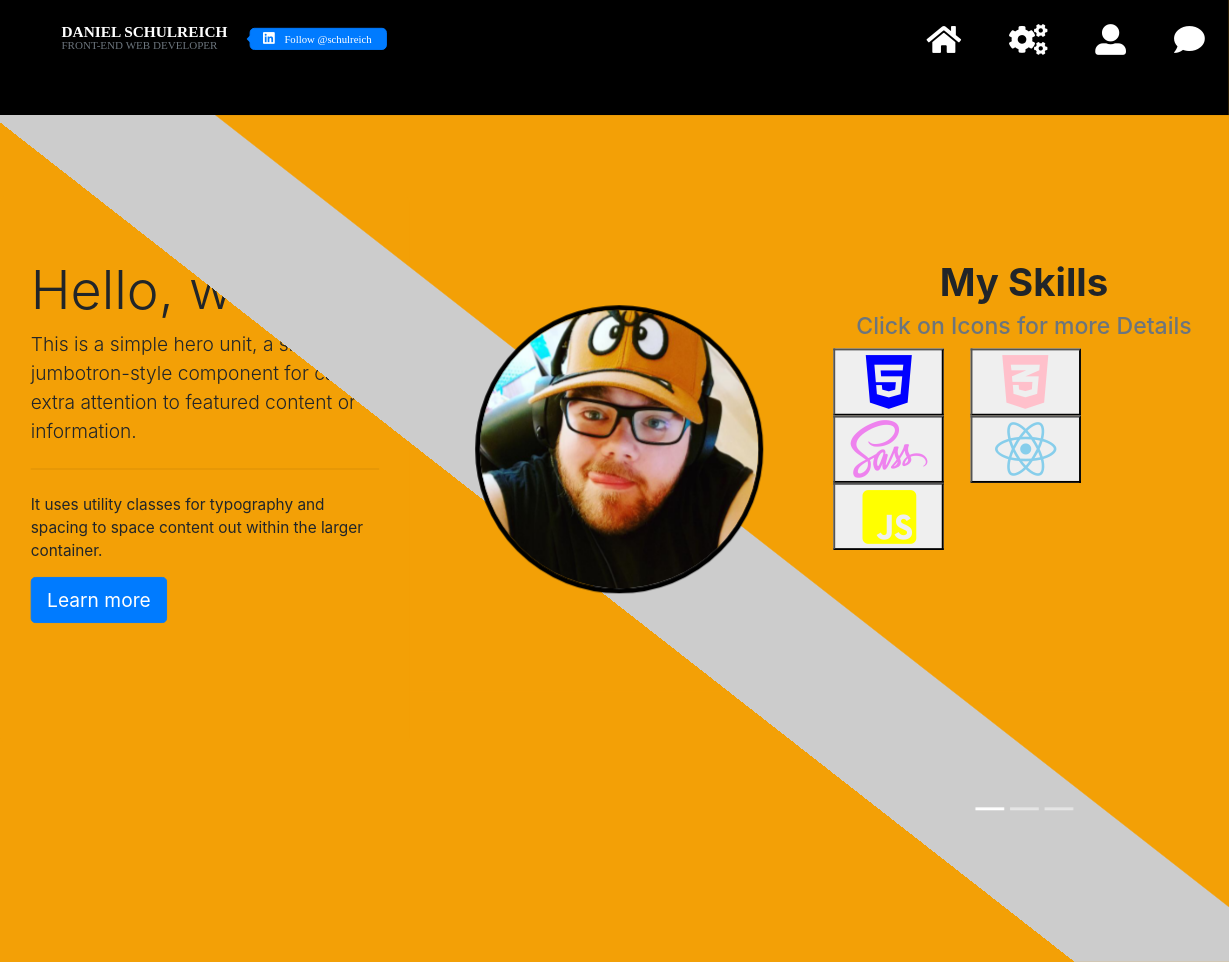
Repository: schulreich/my_portfolio
Page: portfolio.html
An editor plug-in stored every save of this project. The page is shown before and after the next save, followed by the edit.
The browser window is 1280 px wide. The pictures show the whole page, at 96% of full size.
Some web fonts or font styles are not loaded; a fallback is used. Some web libraries are served in a nearby version.

Above is the page before, as saved 2020-06-17 19:03:41.

### portfolio.html
<!DOCTYPE html>
<html lang="en">
<head>
    <meta charset="UTF-8">
    <meta name="viewport" content="width=device-width, initial-scale=1.0">
    <meta http-equiv="X-UA-Compatible" content="ie=edge">
    <link rel="stylesheet" href="https://stackpath.bootstrapcdn.com/bootstrap/4.1.3/css/bootstrap.min.css" integrity="sha384-MCw98/SFnGE8fJT3GXwEOngsV7Zt27NXFoaoApmYm81iuXoPkFOJwJ8ERdknLPMO" crossorigin="anonymous">
    <link rel="stylesheet" href="css/main.css">
    <link rel="stylesheet" href="https://use.fontawesome.com/releases/v5.5.0/css/all.css" integrity="sha384-B4dIYHKNBt8Bc12p+WXckhzcICo0wtJAoU8YZTY5qE0Id1GSseTk6S+L3BlXeVIU" crossorigin="anonymous">

    <title>Document</title>
</head>
<body>
    <header>
        <div class="row">
            <div class="name">DANIEL SCHULREICH</div>
            <div class="title text-muted"><small>FRONT-END WEB DEVELOPER</small></div>
            <a class="btn btn-primary btn-sm follow d-none d-lg-block" href="#"role="button"><i class="fab fa-linkedin "></i><i class="fas fa-arrow-left arrow-left text-primary"></i><small>Follow @schulreich</small></a>

            <div class="nav">
                    <ul>
                        <li class="home"><i class="icon fa fa-home fa-2x nav-icon"></i><a href="index.html">Home</a>
                        </li>
                        <li class="about"><i class="fas fa-cogs fa-2x nav-icon"></i><a href="skills">Skills</a>
                        </li>
                        <li class="code"><i class="fas fa-user-alt fa-2x nav-icon"></i><a href="#about">About</a>
                        </li>
                        <li class="contact"><i class="icon fa fa-comment fa-2x nav-icon"></i><a href="#contact">Contact</a>
                        </li>
                    </ul>
                </div>


        </div>
    </header>

    <section class="project-modal">

    <div class="modal fade bd-example-modal-lg" tabindex="-1" role="dialog" aria-labelledby="myLargeModalLabel" aria-hidden="true">
            <div class="modal-dialog modal-lg">
              <div class="modal-content">
                <div class="modal-header">
                  <h5 class="modal-title" id="exampleModalLabel"><strong>#Speaker Project</strong></h5>
                  <button type="button" class="close" data-dismiss="modal" aria-label="Close">
                    <span aria-hidden="true">&times;</span>
                  </button>
                </div>
                <div class="modal-body modal-align">
                    <img class="modal-img" src="images/thumbnail-1.png" alt="">
                </div>
                <div class="modal-footer">
                  <button type="button" class="btn btn-secondary" data-dismiss="modal">Open Website</button>
                  <a href="" class="btn btn-primary btn-lg active" role="button" aria-pressed="true">Primary link</a>
                </div>
              </div>
            </div>
          </div>

          <div class="modal fade bd-cards-example-modal-lg" tabindex="-1" role="dialog" aria-labelledby="myLargeModalLabel" aria-hidden="true">
                <div class="modal-dialog modal-lg">
                  <div class="modal-content">
                    <div class="modal-header">
                      <h5 class="modal-title" id="exampleModalLabel"><strong>#Cards</strong></h5>
                      <button type="button" class="close" data-dismiss="modal" aria-label="Close">
                        <span aria-hidden="true">&times;</span>
                      </button>
                    </div>
                    <div class="modal-body modal-align">
                        <img class="modal-img" src="images/moviefestival.png" alt="">
                    </div>
                    <div class="modal-footer">
                      <a href="https://schulreich.github.io/project-movie-festival/" target="_blank" class="btn btn-primary btn-lg active" role="button" aria-pressed="true">Primary link</a>
                      <button type="button" class="btn btn-secondary" data-dismiss="modal">Close</button>
                    </div>
                  </div>
                </div>
              </div>


              <div class="modal fade bd-grid-example-modal-lg" tabindex="-1" role="dialog" aria-labelledby="myLargeModalLabel" aria-hidden="true">
                    <div class="modal-dialog modal-lg">
                      <div class="modal-content">
                        <div class="modal-header">
                          <h5 class="modal-title" id="exampleModalLabel"><strong>#Grid</strong></h5>
                          <button type="button" class="close" data-dismiss="modal" aria-label="Close">
                            <span aria-hidden="true">&times;</span>
                          </button>
                        </div>
                        <div class="modal-body modal-align">
                            <img class="modal-img" src="images/thumbnail-3.png" alt="">
                        </div>
                        <div class="modal-footer">
                          <button type="button" class="btn btn-secondary" data-dismiss="modal">Open Website</button>
                          <button type="button" class="btn btn-primary">Open GitHub</button>
                        </div>
                      </div>
                    </div>
                  </div>


          <div class="modal fade bd-register-example-modal-lg" tabindex="-1" role="dialog" aria-labelledby="myLargeModalLabel" aria-hidden="true">
                <div class="modal-dialog modal-lg">
                  <div class="modal-content">
                    <div class="modal-header">
                      <h5 class="modal-title" id="exampleModalLabel"><strong>#Register</strong></h5>
                      <button type="button" class="close" data-dismiss="modal" aria-label="Close">
                        <span aria-hidden="true">&times;</span>
                      </button>
                    </div>
                    <div class="modal-body modal-align">
                        <img class="modal-img" src="images/thumbnail-4.png" alt="">
                    </div>
                    <div class="modal-footer">
                      <button type="button" class="btn btn-secondary" data-dismiss="modal">Open Website</button>
                      <button type="button" class="btn btn-primary">Open GitHub</button>
                    </div>
                  </div>
                </div>
              </div>

    </section>

    <section class="skill-modal">

 <div class="modal fade bd-html-example-modal-lg" tabindex="-1" role="dialog" aria-labelledby="myLargeModalLabel" aria-hidden="true">
                <div class="modal-dialog modal-lg">
                  <div class="modal-content">
                    <div class="modal-header">
                      <h5 class="modal-title" id="exampleModalLabel"><strong>#Certificate</strong></h5>
                      <button type="button" class="close" data-dismiss="modal" aria-label="Close">
                        <span aria-hidden="true">&times;</span>
                      </button>
                    </div>
                    <div class="modal-body modal-align">
                        <img class="modal-img" src="images/html-1.pdf" alt="">
                        <img class="modal-img" src="images/html-1.pdf" alt="">
                    </div>
                    <div class="modal-footer">
                      <button type="button" class="btn btn-secondary" data-dismiss="modal">Open Website</button>
                      <button type="button" class="btn btn-primary">Open GitHub</button>
                    </div>
                  </div>
                </div>
              </div>

    </section>

    <section class="container-fluid intro-section">

        <div class="row">
             <div class="intro col-lg-4 col-md-5 jumbotron">
                <h1 class="display-4">Hello, world!</h1>
                     <p class="lead">This is a simple hero unit, a simple jumbotron-style component for calling extra attention to featured content or information.</p>
                <hr class="my-4">
                     <p>It uses utility classes for typography and spacing to space content out within the larger container.</p>
                            <a class="btn btn-primary btn-lg" href="#" role="button">Learn more</a>
          </div>


          <div class="col-lg-4 d-none d-lg-block move">
              <img class="skew" src="https://dummyimage.com/200x753/000/000" alt="">
              <img class="rounded-circle " src="images/test.jpeg" alt="">
          </div>

<aside id="carouselExampleIndicators" class="col-lg-4 personal-information carousel slide" data-ride="carousel">
        <ol class="carousel-indicators">
                <li data-target="#carouselExampleIndicators" data-slide-to="0" class="active"></li>
                <li data-target="#carouselExampleIndicators" data-slide-to="1"></li>
                <li data-target="#carouselExampleIndicators" data-slide-to="2"></li>
              </ol>
    <div class="carousel-inner">
      <!--
        <div class="carousel-item active">
              <h4><strong>Name:</strong> <br> Daniel Schulreich</h4>
              <h4><strong>Age:</strong> <br> 32</h4>
              <h4><strong>Location:</strong> <br> Duisburg</h4>
              <h4><strong>Nationality:</strong> <br> Austria</h4>
              <h4><strong>Languages:</strong> <br> German, English</h4>
              <h4><strong>Interests:</strong> <br> E-Sport, Movies, Traveling, Music</h4>
        </div>
      -->
        <div class="carousel-item active">
            <aside class="skills text-center">
              <h1><strong>My Skills</strong></h1>
              <h4 class="text-muted">Click on Icons for more Details</h4>
              <div class="y">
                <div class="row">
                  <div class="col-lg-4 justify-content-center"><button class="skill-button"><i class="fab fa-html5 fa-4x" ></i></button></div>
                  <div class="col-lg-4 justify-content-center"><button class="skill-button"><i class="fab fa-css3-alt fa-4x"></i></button></div>
                </div>
                <div class="row">
                  <div class="col-lg-4 justify-content-center"><button class="skill-button"><i class="fab fa-sass fa-4x"></i></button></div>
                    <div class="col-lg-4 justify-content-center"><button class="skill-button"><i class="fab fa-react fa-4x"></i></button></div>
                </div>
                <div class="row">
                  <div class="col-lg-4 justify-content-center"><button class="skill-button"><i class="fab fa-js-square fa-4x"></i></button></div>
                </div>
              </div>
            </aside>
        </div>
      <!--
        <div class="carousel-item">
            <aside class="projects">
                <h1>Projects</h1>
                <h4 class="text-muted">Select Thumbnail</h4>

                <img src="images/boardgame.png" class="img-thumbnail thumbnail" data-toggle="modal" data-target=".bd-example-modal-lg" alt="...">
                <img src="images/moviefestival.png" class="img-thumbnail thumbnail" data-toggle="modal" data-target=".bd-cards-example-modal-lg" alt="..."> <br>
                <img src="images/restaurantreview.png" class="img-thumbnail thumbnail" data-toggle="modal" data-target=".bd-grid-example-modal-lg" alt="...">
                <img src="images/thumbnail-4.png" class="img-thumbnail thumbnail" data-toggle="modal" data-target=".bd-register-example-modal-lg" alt="...">
            </aside>
        </div>
        -->
    </div>
</aside>

    </div>

    </section>









    <script src="https://code.jquery.com/jquery-3.3.1.slim.min.js" integrity="sha384-q8i/X+965DzO0rT7abK41JStQIAqVgRVzpbzo5smXKp4YfRvH+8abtTE1Pi6jizo" crossorigin="anonymous"></script>
<script src="https://cdnjs.cloudflare.com/ajax/libs/popper.js/1.14.3/umd/popper.min.js" integrity="sha384-ZMP7rVo3mIykV+2+9J3UJ46jBk0WLaUAdn689aCwoqbBJiSnjAK/l8WvCWPIPm49" crossorigin="anonymous"></script>
<script src="https://stackpath.bootstrapcdn.com/bootstrap/4.1.3/js/bootstrap.min.js" integrity="sha384-ChfqqxuZUCnJSK3+MXmPNIyE6ZbWh2IMqE241rYiqJxyMiZ6OW/JmZQ5stwEULTy" crossorigin="anonymous"></script>
</body>
</html>

### css/main.css
@import url("https://fonts.googleapis.com/css?family=Coda");
@keyframes mymove {
  0% {
    left: 16%;
  }
  100% {
    left: 25%;
  }
}
@keyframes myskew {
  0% {
    transform: skew(52deg);
  }
  100% {
    transform: skew(0deg);
  }
}
@keyframes myfade {
  0% {
    opacity: 0;
  }
  25% {
    opacity: 0;
  }
  50% {
    opacity: 0.6;
  }
  75% {
    opacity: 0.8;
  }
  100% {
    opacity: 1;
  }
}
body {
  background-color: #f3a006;
}

header {
  background-color: black;
  height: 120px;
  font-family: "Coda";
}
header .name {
  position: absolute;
  left: 5%;
  top: 3%;
  color: white;
  font-weight: bolder;
}
header .title {
  position: absolute;
  top: 5%;
  left: 5%;
  color: white;
  font-size: 0.9em;
}
header .follow {
  position: absolute;
  left: 260px;
  top: 4%;
  border-radius: 5px;
  padding-top: 0;
  padding-bottom: 0;
  padding-right: 15px;
  padding-left: 3px;
}
header .arrow-left {
  position: absolute;
  left: -10%;
  top: 18%;
}
header .nav-icon {
  color: white;
}
header i {
  padding: 0 10px;
}
header ul {
  list-style-type: none;
}
header .nav ul {
  margin: 0;
  padding: 0;
  position: absolute;
  top: 10px;
  right: 0;
  font-size: 0px;
}
header .nav ul li {
  font-size: 12pt;
  display: inline-block;
  padding: 15px;
  transition: all 0.2s ease-in-out;
}
header .nav ul li a {
  font-family: FontAwesome;
  color: lime;
  font-size: 22pt;
  text-decoration: none;
}
header .nav ul .home .about .code .contact {
  background: black;
}
header .nav ul li i {
  display: block;
}
header .nav ul li a {
  display: none;
}
header .nav ul li:hover i {
  display: none;
}
header .nav ul li:hover a {
  display: block;
}
header .nav a:hover {
  color: lime;
}

.modal-img {
  width: 600px;
}

.modal-align {
  padding-left: 6rem;
}

.modal-header {
  background-color: #f3a006;
}

.modal-body {
  background-color: black;
}

.intro-section {
  background-color: #f3a006;
  /*}
  .rounded-circle:hover{
      left: 25%;
      transition: 2s left;
  }*/
}
.intro-section .intro {
  background-color: #f3a006;
  top: 85px;
}
.intro-section .skew {
  transform: skew(52deg);
  position: absolute;
  height: 147%;
  left: 30%;
  animation: myskew 2s 1 ease;
  animation-fill-mode: forwards;
}
.intro-section .rounded-circle {
  position: absolute;
  border: solid 5px black;
  height: 300px;
  width: 300px;
  left: 16%;
  top: 33%;
  animation: mymove 2s 1 ease;
  animation-fill-mode: forwards;
}
.intro-section .personal-information {
  position: relative;
  top: 150px;
  animation: myfade 5s 1 ease;
  transition-delay: 3s;
}
.intro-section .carousel-inner {
  height: 600px;
}
.intro-section .skill-button {
  width: 115px;
}
.intro-section .fa-html5 {
  color: blue;
}
.intro-section .fa-css3-alt {
  color: pink;
}
.intro-section .fa-sass {
  color: violet;
}
.intro-section .fa-react {
  color: skyblue;
  width: 100px;
}
.intro-section .fa-js-square {
  color: yellow;
  width: 100px;
}
.intro-section .thumbnail {
  width: 200px;
  height: 200px;
}

After the next save:
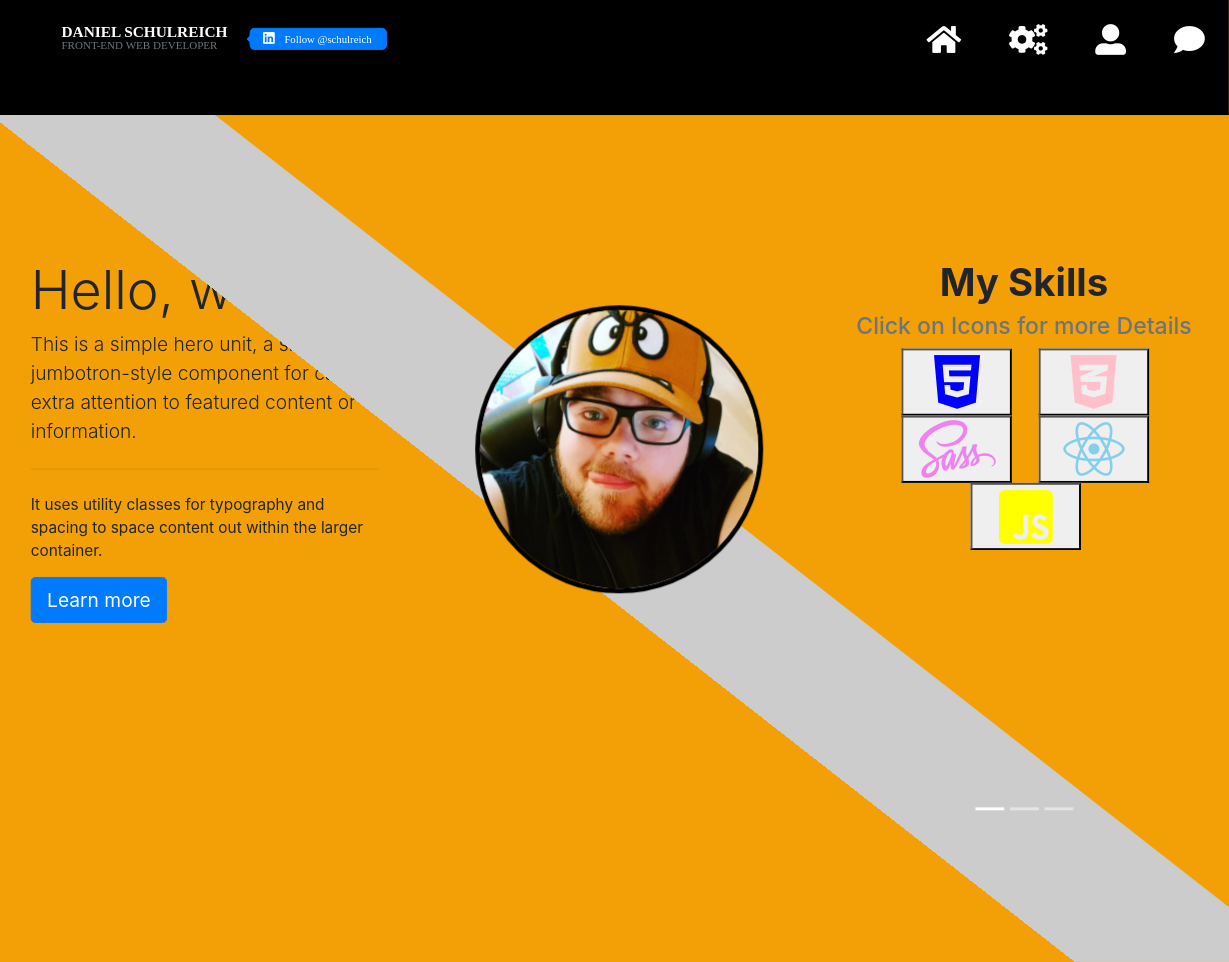
Saved 39 s later.
--- a/portfolio.html
+++ b/portfolio.html
@@ -184,16 +184,16 @@
               <h1><strong>My Skills</strong></h1>
               <h4 class="text-muted">Click on Icons for more Details</h4>
               <div class="y">
-                <div class="row">
-                  <div class="col-lg-4 justify-content-center"><button class="skill-button"><i class="fab fa-html5 fa-4x" ></i></button></div>
-                  <div class="col-lg-4 justify-content-center"><button class="skill-button"><i class="fab fa-css3-alt fa-4x"></i></button></div>
-                </div>
-                <div class="row">
-                  <div class="col-lg-4 justify-content-center"><button class="skill-button"><i class="fab fa-sass fa-4x"></i></button></div>
-                    <div class="col-lg-4 justify-content-center"><button class="skill-button"><i class="fab fa-react fa-4x"></i></button></div>
-                </div>
-                <div class="row">
-                  <div class="col-lg-4 justify-content-center"><button class="skill-button"><i class="fab fa-js-square fa-4x"></i></button></div>
+                <div class="row justify-content-center">
+                  <div class="col-lg-4"><button class="skill-button"><i class="fab fa-html5 fa-4x" ></i></button></div>
+                  <div class="col-lg-4"><button class="skill-button"><i class="fab fa-css3-alt fa-4x"></i></button></div>
+                </div>
+                <div class="row justify-content-center">
+                  <div class="col-lg-4"><button class="skill-button"><i class="fab fa-sass fa-4x"></i></button></div>
+                    <div class="col-lg-4"><button class="skill-button"><i class="fab fa-react fa-4x"></i></button></div>
+                </div>
+                <div class="row justify-content-center">
+                  <div class="col-lg-4"><button class="skill-button"><i class="fab fa-js-square fa-4x"></i></button></div>
                 </div>
               </div>
             </aside>
